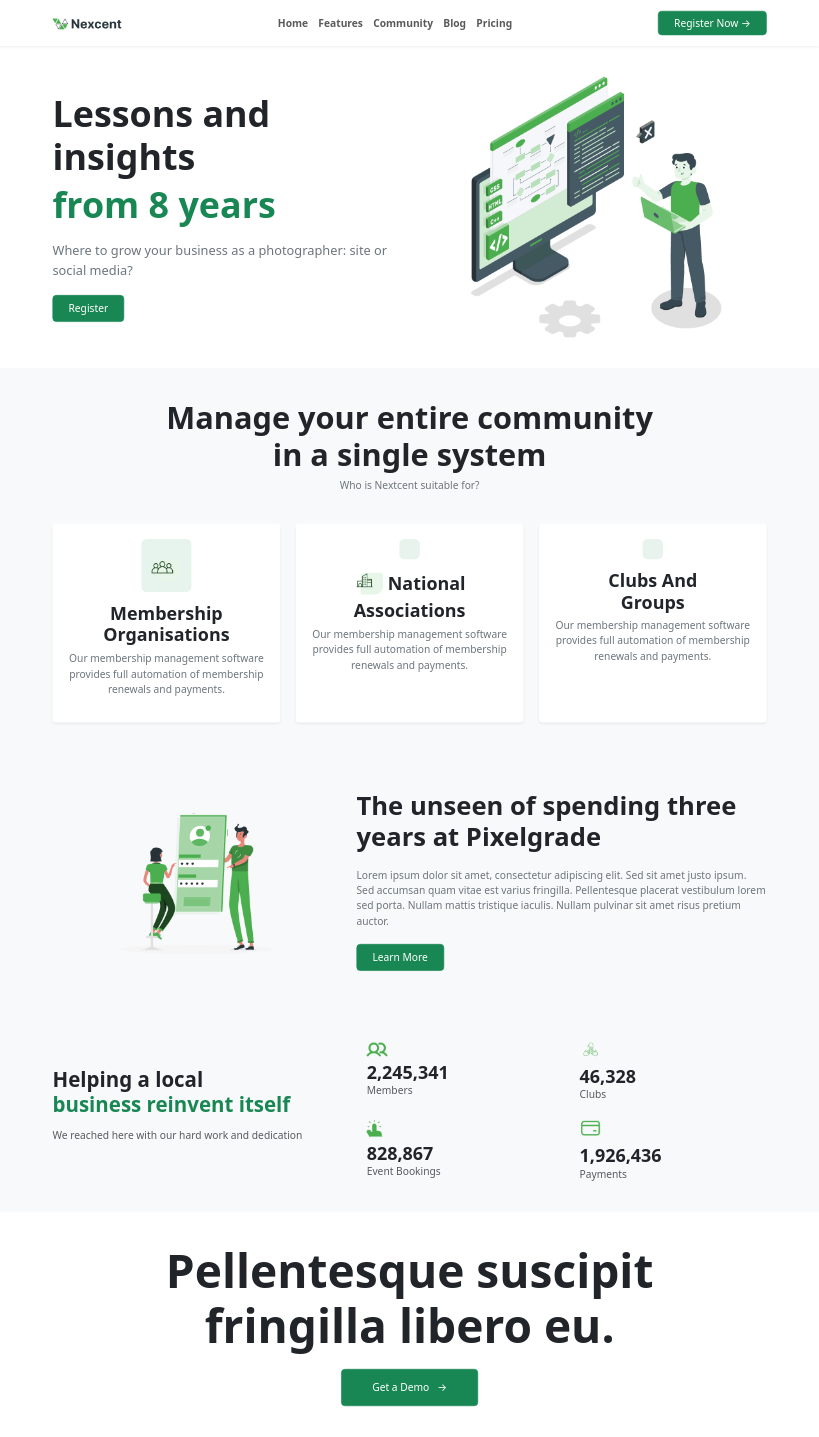
Repository: Laibaaa10/Bootstrap1
Page: index.html
An editor plug-in stored every save of this project. The page is shown before and after the next save, followed by the edit.
The browser window is 1280 px wide. The pictures show the whole page, at 64% of full size.

Above is the page before, as saved 2026-06-18 08:16:06.

### index.html
<!DOCTYPE html>
<html lang="en">

<head>
    <meta charset="UTF-8">
    <meta name="viewport" content="width=device-width, initial-scale=1.0">
    <title>Navbar</title>
    <link href="https://cdn.jsdelivr.net/npm/bootstrap@5.3.3/dist/css/bootstrap.min.css" rel="stylesheet">
    <link rel="stylesheet" href="style.css">
</head>

<body>
    <!-- Navbar start  -->
     <nav class="navbar navbar-expand-lg bg-white shadow-sm py-3">
    <div class="container">

        <a class="navbar-brand" href="#">
            <img src="./images/Logo.png" alt="Logo" class="img-fluid">
        </a>

        <button class="navbar-toggler" type="button"
            data-bs-toggle="collapse"
            data-bs-target="#navbarContent">
            <span class="navbar-toggler-icon"></span>
        </button>

        <div class="collapse navbar-collapse" id="navbarContent">

            <ul class="navbar-nav mx-auto">
                <li class="nav-item">
                    <a class="nav-link fw-semibold" href="#">Home</a>
                </li>

                <li class="nav-item">
                    <a class="nav-link fw-semibold" href="#">Features</a>
                </li>

                <li class="nav-item">
                    <a class="nav-link fw-semibold" href="#">Community</a>
                </li>

                <li class="nav-item">
                    <a class="nav-link fw-semibold" href="#">Blog</a>
                </li>

                <li class="nav-item">
                    <a class="nav-link fw-semibold" href="#">Pricing</a>
                </li>
            </ul>

            <a href="#" class="btn btn-success px-4">
                Register Now →
            </a>

        </div>
    </div>
</nav>
    <!-- Navbar end -->

    <!-- Hero section start  -->
     <section class="container py-5">
    <div class="row flex-lg-row-reverse align-items-center g-5">

        <div class="col-10 col-sm-8 col-lg-6 mx-auto">
            <img src="./images/Illustration.png"
                class="d-block mx-lg-auto img-fluid"
                alt="Hero Image">
        </div>

        <div class="col-lg-6">

            <h1 class="display-4 fw-bold text-dark">
                Lessons and insights
            </h1>

            <h1 class="display-4 fw-bold text-success">
                from 8 years
            </h1>

            <p class="lead text-secondary my-4">
                Where to grow your business as a photographer:
                site or social media?
            </p>

            <a href="#" class="btn btn-success px-4 py-2">
                Register
            </a>

        </div>

    </div>
</section>
<!-- Hero section end -->

             <section class="py-5 bg-light">
    <div class="container">

        <div class="text-center mb-5">
            <h1 class="fw-bold display-5 text-dark">
                Manage your entire community <br>
                in a single system
            </h1>

            <p class="text-secondary">
                Who is Nextcent suitable for?
            </p>
        </div>

        <div class="row g-4">
            <div class="col-md-4">
                <div class="card border-0 shadow-sm h-100 text-center p-4">

                    <div class="mx-auto bg-success bg-opacity-10 rounded-3 p-3 mb-3">
                        <img src="./images/Icon.png" alt="Illustration" class="img-fluid">
                        <i class="bi bi-people fs-2 text-success"></i>
                    </div>

                    <h3 class="fw-bold">
                        Membership <br> Organisations
                    </h3>

                    <p class="text-secondary">
                        Our membership management software provides full automation of membership renewals and payments.
                    </p>

                </div>
            </div>
            <div class="col-md-4">
                <div class="card border-0 shadow-sm h-100 text-center p-4">

                    <div class="mx-auto bg-success bg-opacity-10 rounded-3 p-3 mb-3">
                        <i class="bi bi-building fs-2 text-success"></i>
                    </div>

                    <h3 class="fw-bold">
                        <img src="./images/Icon (4).png" alt="Illustration" class="img-fluid mb-2">
                        National <br> Associations
                    </h3>

                    <p class="text-secondary">
                        Our membership management software provides full automation of membership renewals and payments.
                    </p>

                </div>
            </div>
            <div class="col-md-4">
                <div class="card border-0 shadow-sm h-100 text-center p-4">

                    <div class="mx-auto bg-success bg-opacity-10 rounded-3 p-3 mb-3">
                        <i class="bi bi-diagram-3 fs-2 text-success"></i>
                    </div>

                    <h3 class="fw-bold">
                        Clubs And <br> Groups
                    </h3>

                    <p class="text-secondary">
                        Our membership management software provides full automation of membership renewals and payments.
                    </p>

                </div>
            </div>

        </div>

    </div>

</section>

<section class="bg-light py-5">
    <div class="container">
        <div class="row align-items-center">
            <div class="col-lg-5 text-center mb-4 mb-lg-0">
                <img src="./images/Frame 35.png" alt="Illustration"
                     class="img-fluid">
            </div>

            <div class="col-lg-7">
                <h1 class="fw-bold text-dark mb-4">
                    The unseen of spending three years at Pixelgrade
                </h1>

                <p class="text-secondary mb-4">
                    Lorem ipsum dolor sit amet, consectetur adipiscing elit.
                    Sed sit amet justo ipsum. Sed accumsan quam vitae est
                    varius fringilla. Pellentesque placerat vestibulum lorem
                    sed porta. Nullam mattis tristique iaculis. Nullam pulvinar
                    sit amet risus pretium auctor.
                </p>

                <button class="btn btn-success px-4 py-2">
                    Learn More
                </button>
            </div>

        </div>
    </div>
</section>

<!-- Stats Section Start -->
<section class="bg-light py-5">
    <div class="container">
        <div class="row align-items-center">

            <div class="col-lg-5">
                <h2 class="fw-bold text-dark">
                    Helping a local <br>
                    <span class="text-success">business reinvent itself</span>
                </h2>
                <p class="text-muted mt-3">
                    We reached here with our hard work and dedication
                </p>
            </div>
            <div class="col-lg-7">
                <div class="row g-4">

                    <div class="col-md-6 d-flex align-items-center">
                        <i class="fa-solid fa-users text-success fs-1 me-3"></i>
                        <div>
                            <img src="./images/Vector.png" alt="Illustration" class="img-fluid mb-2">
                            <h3 class="fw-bold mb-0">2,245,341</h3>
                            <p class="text-muted mb-0">Members</p>
                        </div>
                    </div>

                    <div class="col-md-6 d-flex align-items-center">
                        <i class="fa-solid fa-handshake text-success fs-1 me-3"></i>
                        <div>
                            <img src="./images/Icon (1).png" alt="Illustration" class="img-fluid mb-2">
                            <h3 class="fw-bold mb-0">46,328</h3>
                            <p class="text-muted mb-0">Clubs</p>
                        </div>
                    </div>

                    <div class="col-md-6 d-flex align-items-center">
                        <i class="fa-solid fa-calendar-check text-success fs-1 me-3"></i>
                        <div>
                            <img src="./images/Vector (1).png" alt="Illustration" class="img-fluid mb-2">
                            <h3 class="fw-bold mb-0">828,867</h3>
                            <p class="text-muted mb-0">Event Bookings</p>
                        </div>
                    </div>

                    <div class="col-md-6 d-flex align-items-center">
                        <i class="fa-regular fa-credit-card text-success fs-1 me-3"></i>
                        <div>
                            <img src="./images/Icon (2).png" alt="Illustration" class="img-fluid mb-2">
                            <h3 class="fw-bold mb-0">1,926,436</h3>
                            <p class="text-muted mb-0">Payments</p>
                        </div>
                    </div>

                </div>
            </div>

        </div>
    </div>
</section>
<!-- Stats Section End -->

<!--Demo Section Start-->
<section class="py-5 text-center">
    <div class="container">
        <h1 class="display-2 fw-bold text-dark mb-4">
            Pellentesque suscipit <br>
            fringilla libero eu.
        </h1>

        <button class="btn btn-success px-5 py-3">
            Get a Demo &nbsp; →
        </button>
    </div>
</section>
<!--Demo Section End-->

</body>
</html>
        <script src="https://cdn.jsdelivr.net/npm/bootstrap@5.3.3/dist/js/bootstrap.bundle.min.js"></script>

</body>

</html>

Loaded but not shown: style.css (no stored copy; drawn as an empty file)

After the next save:
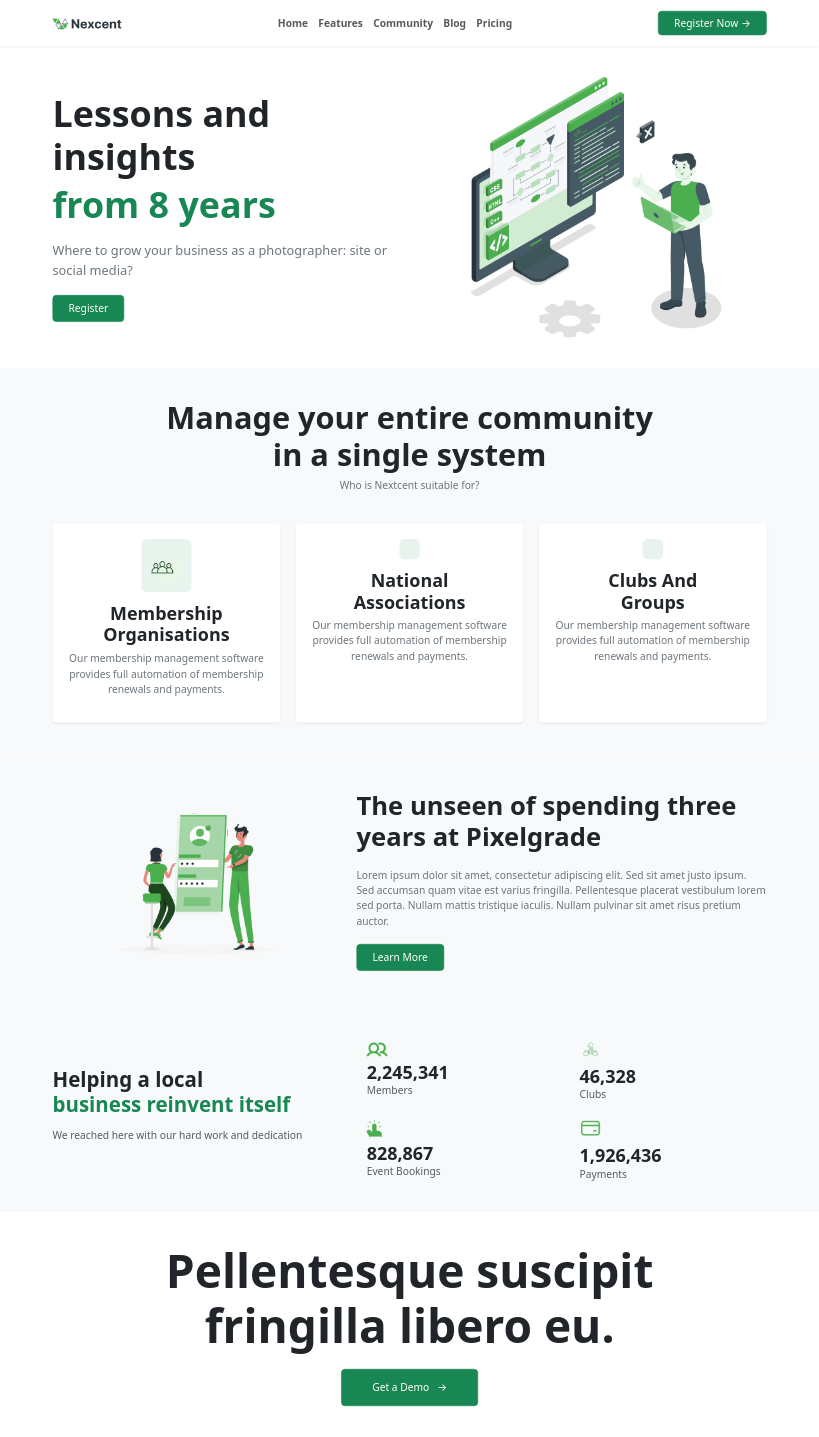
Saved 27 s later.
--- a/index.html
+++ b/index.html
@@ -133,7 +133,6 @@
                     </div>
 
                     <h3 class="fw-bold">
-                        <img src="./images/Icon (4).png" alt="Illustration" class="img-fluid mb-2">
                         National <br> Associations
                     </h3>
 
